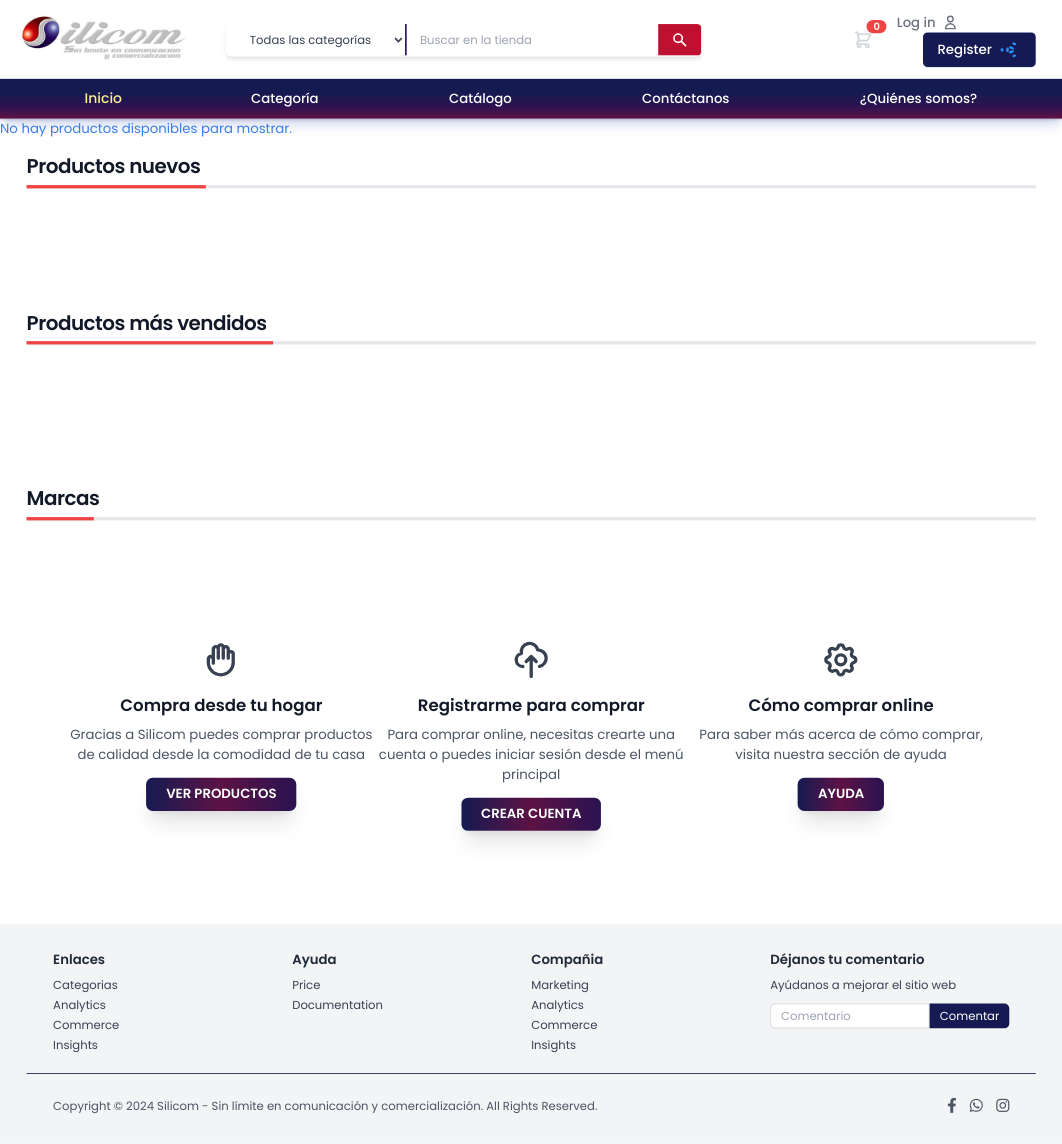
Repository: Francovg18/ecommerce
Page: /
These files come from the project's save history. The page is drawn as it stood at one moment and after a run of saves; the edit follows.
The browser window is 1280 px wide. The pictures show the whole page, at 83% of full size.
The page's requests for data from a server got no answer. The project was rebuilt for these pictures with package versions that can differ from the ones it lists, and the page was loaded fresh each time. No one was signed in, and anything a server would have sent is missing. Also part of the build but not shown: src/containers/errors/Error404.jsx, src/containers/auth/Signup.js, src/containers/auth/Login.js, src/containers/auth/Activate.js, src/containers/auth/ResetPassword.js, src/containers/auth/ResetPasswordConfirm.js, src/components/product/ProductCard.js, src/helpers/fixedPrices.js and 26 more. Imported but missing from the stored project, and not drawn on this page: src/containers/pages/ContactUs.

Above is the page before, as saved 2025-01-22 20:58:37.

After the next 2 saves:
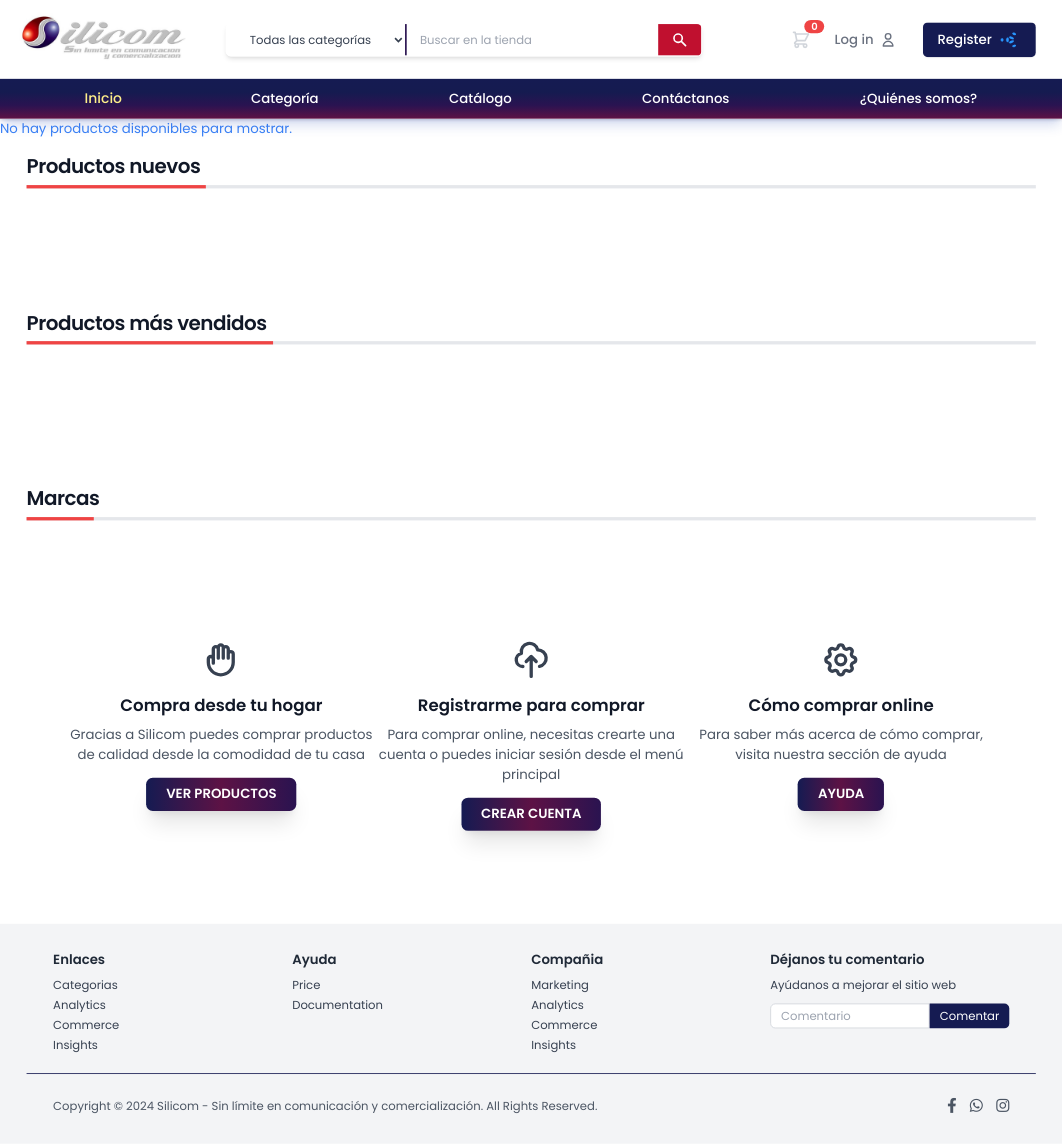
The 2 saves are shown as one change because they came seconds apart.
The last was saved 41 s later.
--- a/src/components/navigation/Navbar.js
+++ b/src/components/navigation/Navbar.js
@@ -117,7 +117,7 @@ function Navbar({
   )
   const guestLinks = (
     <Fragment>
-    <div className=" items-center md:ml-7">
+    <div className="hidden md:flex items-center md:ml-7">
     <Link to="/login" className="text-base font-medium text-gray-500 hover:text-gray-900 flex items-center">
       Log in
       <UserIcon className="h-5 w-5 ml-2" aria-hidden="true" />
@@ -137,7 +137,6 @@ function Navbar({
 
     </Fragment>
   )
-
   return (
     <>
     <Popover className="relative bg-white ">
@@ -155,9 +154,7 @@ function Navbar({
 
           </div>
           {/* Contenedor para pantallas pequeñas */}
-
           <div className="-mr-2 -my-2 md:hidden">
-
           <div className="">
             {window.location.pathname === '/search' ? null : (
               <SearchBox
@@ -168,20 +165,16 @@ function Navbar({
               />
             )}
           </div>
-
           <Link to='/cart' className="bg-white rounded-md p-2 inline-flex items-center justify-center text-gray-400 hover:text-gray-500 hover:bg-gray-100 focus:outline-none focus:ring-2 focus:ring-inset focus:ring-indigo-500">
               <span className="sr-only">Open menu</span>
-
               <ShoppingCartIcon className="h-6 w-6" aria-hidden="true" />
           </Link>
+
             <Popover.Button className="bg-white rounded-md p-2 inline-flex items-center justify-center text-gray-400 hover:text-gray-500 hover:bg-gray-100 focus:outline-none focus:ring-2 focus:ring-inset focus:ring-indigo-500">
               <span className="sr-only">Open menu</span>
               <MenuIcon className="h-6 w-6" aria-hidden="true" />
             </Popover.Button>
-
-          </div>
-
-
+          </div>
     {/* Contenedor para pantallas  grandes */}
     <div className="hidden md:flex-1 md:flex md:items-center md:justify-between">
       <Popover.Group as="nav" className="flex space-x-10">
@@ -272,7 +265,6 @@ function Navbar({
               <div className="mt-6 sm:mt-8">
                 <nav>
                   <div className="grid gap-7 sm:grid-cols-2 sm:gap-y-8 sm:gap-x-4">
-
                     <NavLink
                       to="/"
                       className="-m-3 flex items-center p-3 rounded-lg hover:bg-midnight-blue"
@@ -319,7 +311,22 @@ function Navbar({
                 </nav>
               </div>
             </div>
-
+            <div className="py-6 px-5 bg-gray-50">
+              <div className="grid grid-cols-2 gap-4 bg-gray-50">
+                <Link
+                  to="/login"
+                  className="text-sm font-medium text-midnight-blue hover:text-purple-night hover:underline text-center"
+                >
+                  Login
+                </Link>
+                <Link
+                  to="/signup"
+                  className="text-sm font-medium text-midnight-blue hover:text-purple-night hover:underline text-center"
+                >
+                  Registrarsee
+                </Link>
+              </div>
+            </div>
           </div>
         </Popover.Panel>
       </Transition>
